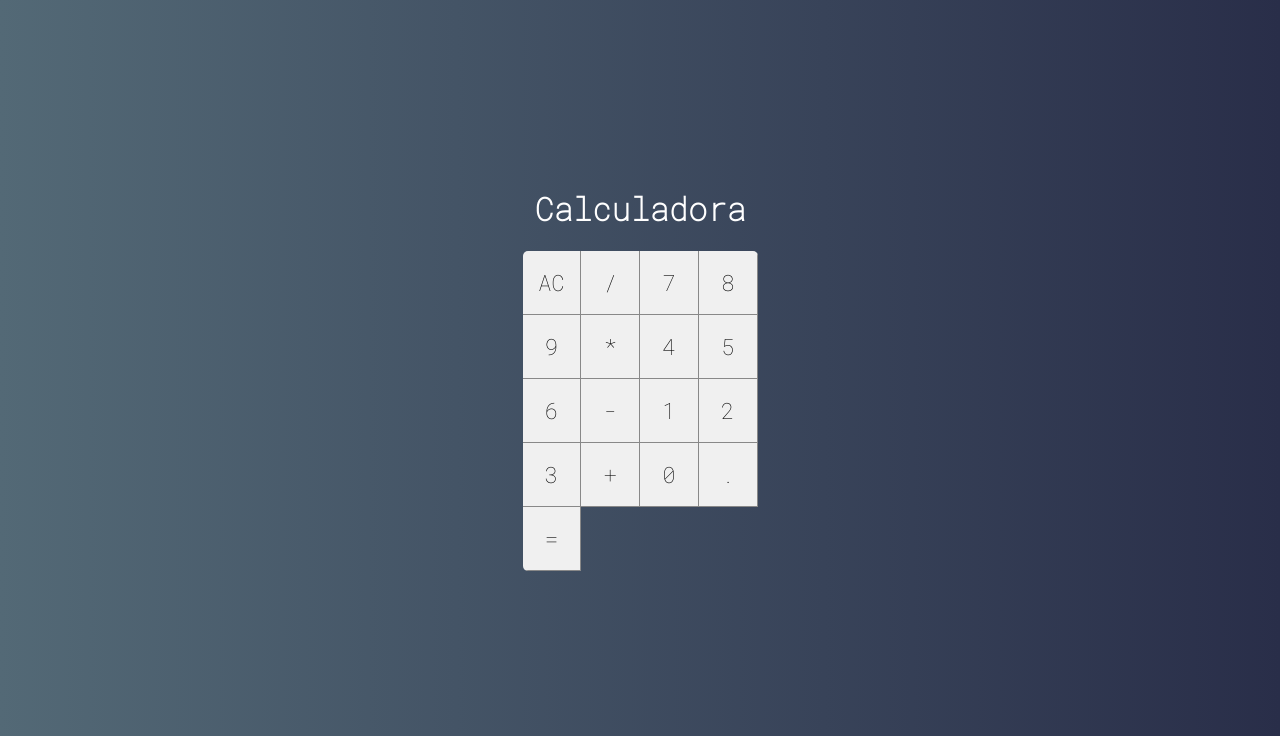
Repository: jean-siqueira/react-calculadora
Page: /
The author's editor kept a copy of each file at every save. The page is drawn from the files as they stood at one save, then again after the next save.
The browser window is 1280 px wide. The pictures show the whole page.
The project was rebuilt for these pictures with package versions that can differ from the ones it lists, and the page was loaded fresh each time.

Above is the page before, as saved 2023-03-25 12:24:27.

After the next save:
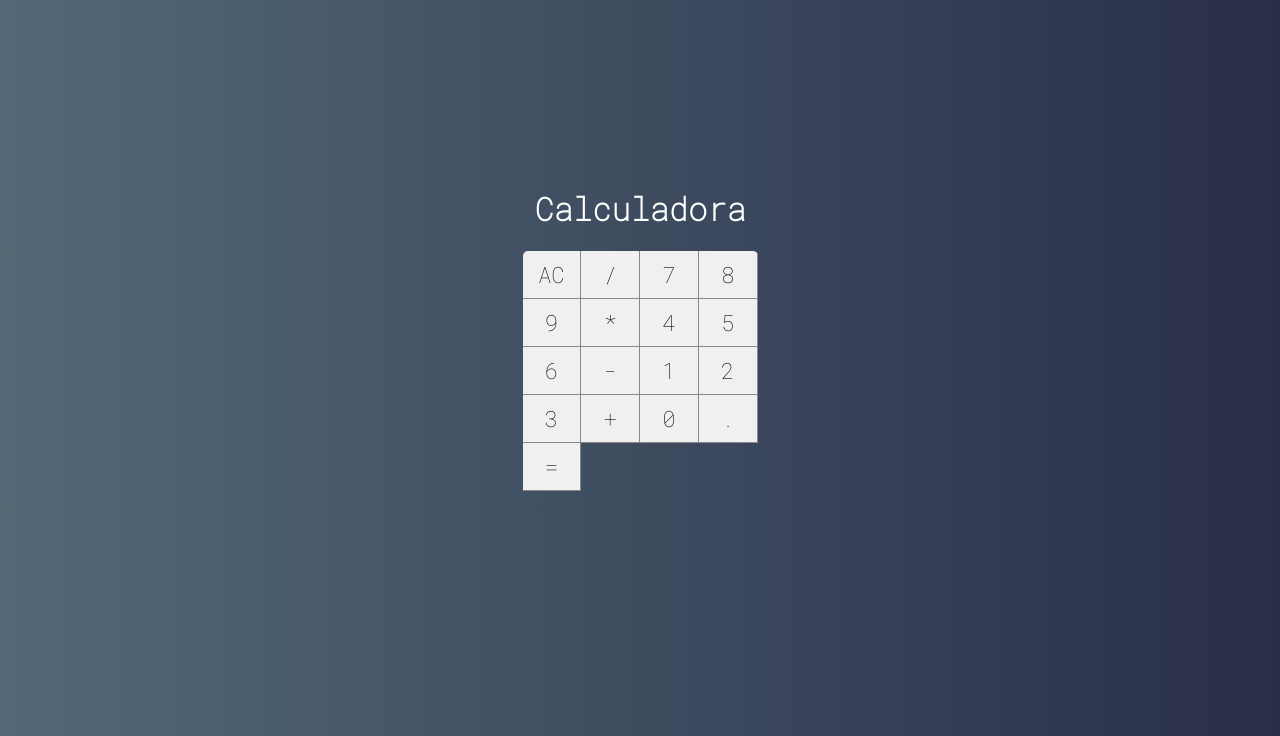
Saved 8 s later.
--- a/src/main/Calculator.css
+++ b/src/main/Calculator.css
@@ -6,5 +6,5 @@
 
     display: grid;
     grid-template-columns: repeat(4, 25%);
-    grid-template-rows: 48px 48 px 48px 48px 48px;
+    grid-template-rows: 48px 48px 48px 48px 48px;
 }
